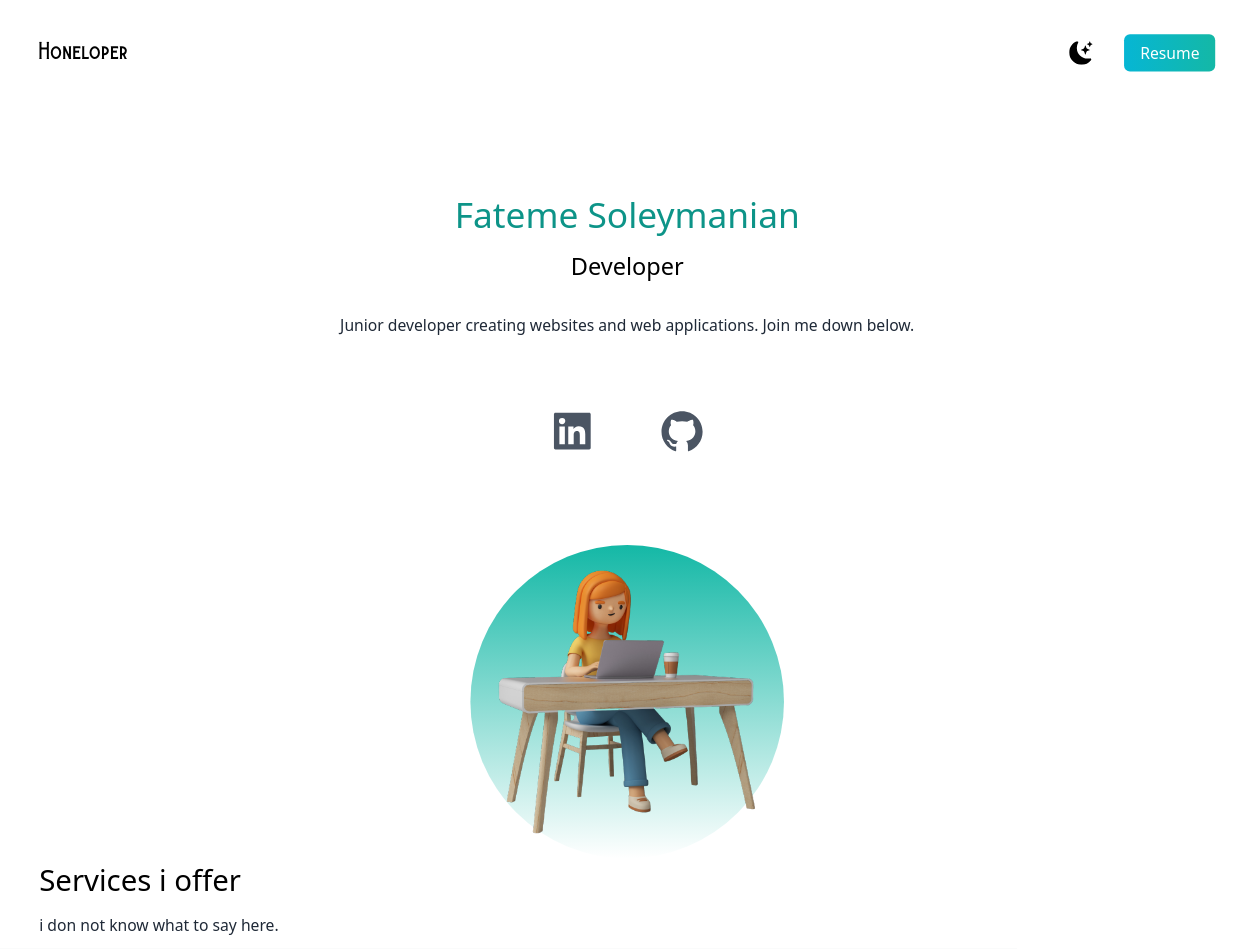
Repository: fatemesoleymanian/portfolio
Page: /
An editor plug-in stored every save of this project. The page is shown before and after the next save, followed by the edit.
The browser window is 1280 px wide. The pictures show the whole page, at 98% of full size.
The project was rebuilt for these pictures with package versions that can differ from the ones it lists, and the page was loaded fresh each time. The framework's server and built-in components were replaced by stand-ins that run in the browser. Also part of the build but not shown: next.config.js.

Above is the page before, as saved 2023-03-10 15:17:47.

### pages/index.js
import Head from 'next/head'
import { BsFillMoonStarsFill } from 'react-icons/bs'
import { AiFillLinkedin, AiFillGithub } from 'react-icons/ai'
import Image from 'next/image'
import honeloper from '../public/honeloper3d.png'
export default function Home() {
  return (
    <>
      <Head>
        <title>My Portfolio</title>
        <meta name="description" content="Generated by create next app" />
        <meta name="viewport" content="width=device-width, initial-scale=1" />
        <link rel="icon" href="/favicon.ico" />
      </Head>
      <main className='bg-white px-10'>
        <section className="min-h-screen">
          <nav className='py-10 mb-12 flex justify-between'>
            <h1 className='text-xl font-burtons'>Honeloper</h1>
            <ul className='flex items-center'>
              <li>
                <BsFillMoonStarsFill className='cursor-pointer text-2xl' />
              </li>
              <li>
                <a className="bg-gradient-to-r from-cyan-500 to-teal-500 text-white px-4 py-2 rounded-md ml-8"
                  href="https://jobvision.ir/cv/97158940-111758">Resume</a>
              </li>
            </ul>
          </nav>
          <div className='text-center p-9'>
            <h2 className='text-4xl py-2 text-teal-600 font-medium'>
              Fateme Soleymanian</h2>
            <h3 className='text-2xl py-2'>Developer</h3>
            <p className='text-md py-5 leading-8 text-gray-800'>
              Junior developer creating websites and web applications. Join me down below.</p>
          </div>
          <div className='text-5xl flex  justify-center gap-16 py-3 text-gray-600'>
            <a href="https://www.linkedin.com/in/fateme-soleymanian-b2713a225">
              <AiFillLinkedin />  </a>
            <a href="https://github.com/fatemesoleymanian">
              <AiFillGithub />
            </a>
          </div>
          <div className='relative bg-gradient-to-b from-teal-500 rounded-full
          mx-auto md:w-80 md:h-80 mt-20'>
            <Image src={honeloper} alt="honeloper"  />
          </div>
        </section>

        <section>
          <div>
            <h3 className='text-3xl py-1'>
              Services i offer
            </h3>
            <p className='text-md py-2 leading-8 text-gray-800'>
                i don not know what to say here.
            </p>
          </div>
        </section>
      </main>
    </>
  )
}

### styles/globals.css
@tailwind base;
@tailwind components;
@tailwind utilities;
:root {
  --max-width: 1100px;
  --border-radius: 12px;
  --font-mono: ui-monospace, Menlo, Monaco, 'Cascadia Mono', 'Segoe UI Mono',
    'Roboto Mono', 'Oxygen Mono', 'Ubuntu Monospace', 'Source Code Pro',
    'Fira Mono', 'Droid Sans Mono', 'Courier New', monospace;

  --foreground-rgb: 0, 0, 0;
  --background-start-rgb: 214, 219, 220;
  --background-end-rgb: 255, 255, 255;

  --primary-glow: conic-gradient(
    from 180deg at 50% 50%,
    #16abff33 0deg,
    #0885ff33 55deg,
    #54d6ff33 120deg,
    #0071ff33 160deg,
    transparent 360deg
  );
  --secondary-glow: radial-gradient(
    rgba(255, 255, 255, 1),
    rgba(255, 255, 255, 0)
  );

  --tile-start-rgb: 239, 245, 249;
  --tile-end-rgb: 228, 232, 233;
  --tile-border: conic-gradient(
    #00000080,
    #00000040,
    #00000030,
    #00000020,
    #00000010,
    #00000010,
    #00000080
  );

  --callout-rgb: 238, 240, 241;
  --callout-border-rgb: 172, 175, 176;
  --card-rgb: 180, 185, 188;
  --card-border-rgb: 131, 134, 135;
}

@media (prefers-color-scheme: dark) {
  :root {
    --foreground-rgb: 255, 255, 255;
    --background-start-rgb: 0, 0, 0;
    --background-end-rgb: 0, 0, 0;

    --primary-glow: radial-gradient(rgba(1, 65, 255, 0.4), rgba(1, 65, 255, 0));
    --secondary-glow: linear-gradient(
      to bottom right,
      rgba(1, 65, 255, 0),
      rgba(1, 65, 255, 0),
      rgba(1, 65, 255, 0.3)
    );

    --tile-start-rgb: 2, 13, 46;
    --tile-end-rgb: 2, 5, 19;
    --tile-border: conic-gradient(
      #ffffff80,
      #ffffff40,
      #ffffff30,
      #ffffff20,
      #ffffff10,
      #ffffff10,
      #ffffff80
    );

    --callout-rgb: 20, 20, 20;
    --callout-border-rgb: 108, 108, 108;
    --card-rgb: 100, 100, 100;
    --card-border-rgb: 200, 200, 200;
  }
}

* {
  box-sizing: border-box;
  padding: 0;
  margin: 0;
}

html,
body {
  max-width: 100vw;
  overflow-x: hidden;
}

body {
  color: rgb(var(--foreground-rgb));
  background: linear-gradient(
      to bottom,
      transparent,
      rgb(var(--background-end-rgb))
    )
    rgb(var(--background-start-rgb));
}

a {
  color: inherit;
  text-decoration: none;
}

@font-face {
  font-family: "burtons";
  src: url('../public/Burtons.otf');
}

### tailwind.config.js
/** @type {import('tailwindcss').Config} */
module.exports = {
  content: [
    "./app/**/*.{js,ts,jsx,tsx}",
    "./pages/**/*.{js,ts,jsx,tsx}",
    "./components/**/*.{js,ts,jsx,tsx}",

  ],
  theme: {
    extend: {
      fontFamily:{
        burtons: "burtons",
      }
    },
  },
  plugins: [],
}

Loaded but not shown: pages/_app.js (common file); pages/_document.js (common file)

After the next save:
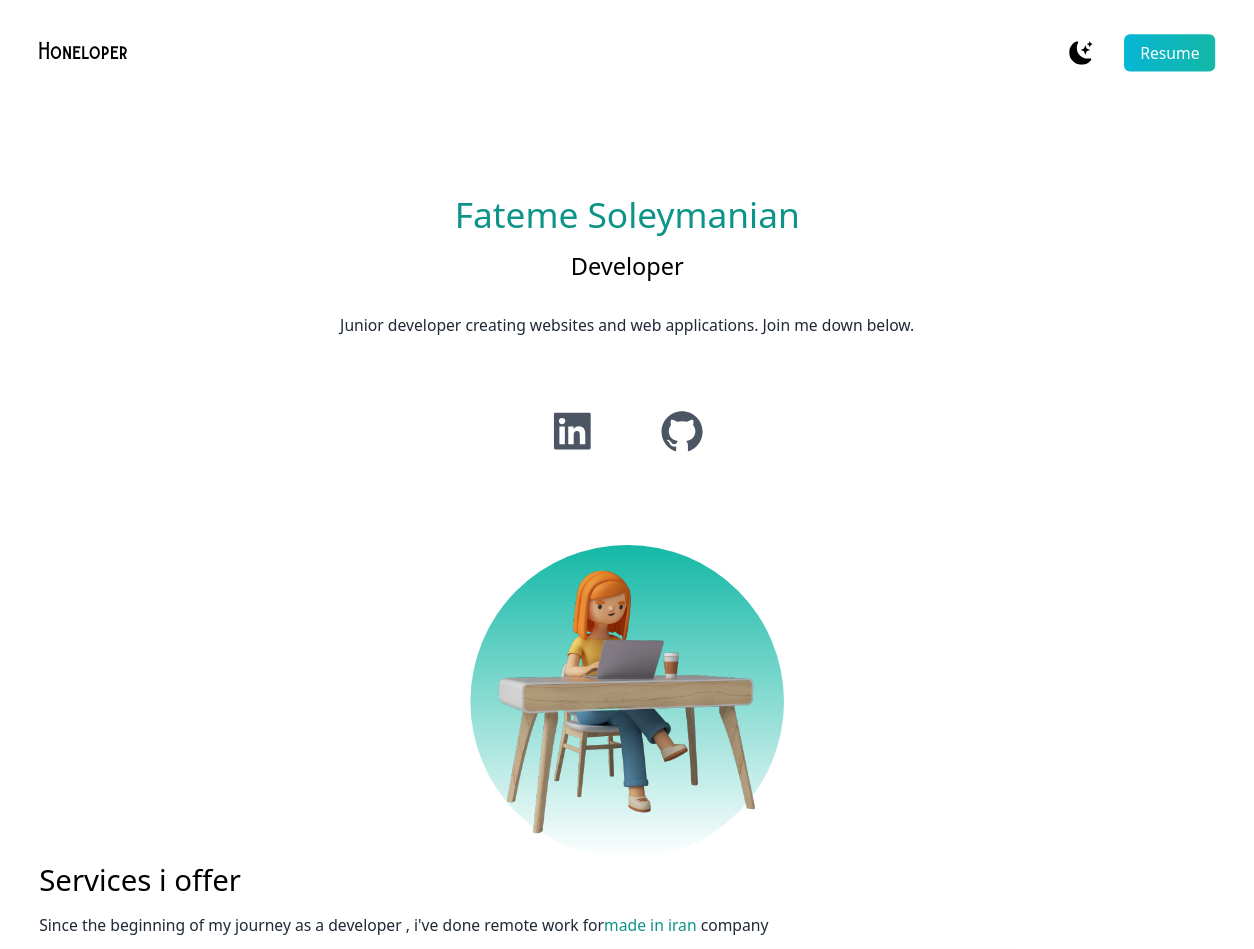
Saved 4 min 22 s later.
--- a/pages/index.js
+++ b/pages/index.js
@@ -52,7 +52,8 @@ export default function Home() {
               Services i offer
             </h3>
             <p className='text-md py-2 leading-8 text-gray-800'>
-                i don not know what to say here.
+                Since the beginning of my journey as a developer , i've done remote work for
+                <span className='text-teal-600'>made in iran </span> company
             </p>
           </div>
         </section>
